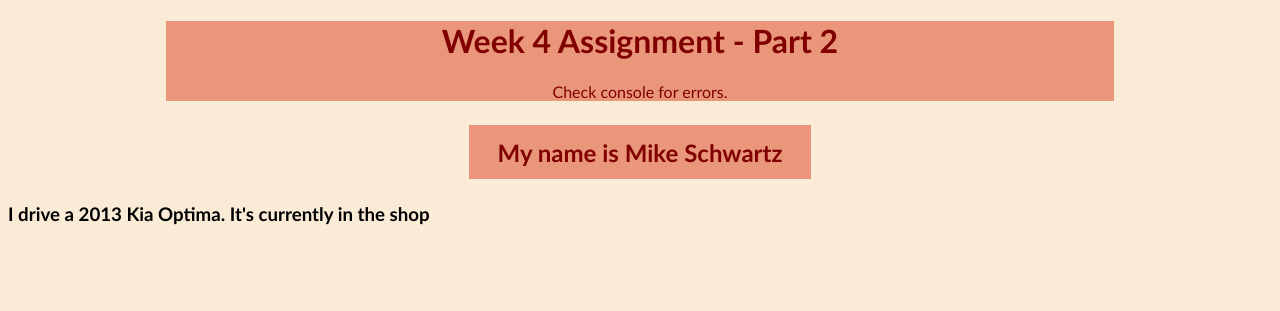
Repository: Ellusionism/prime-pw-week-4-assignment-part-2
Page: assignment/index.html
The author's editor kept a copy of each file at every save. The page is drawn from the files as they stood at one save, then again after a run of saves.
The browser window is 1280 px wide. The pictures show the whole page.

Above is the page before, as saved 2022-11-16 18:03:52.

After the next 2 saves:
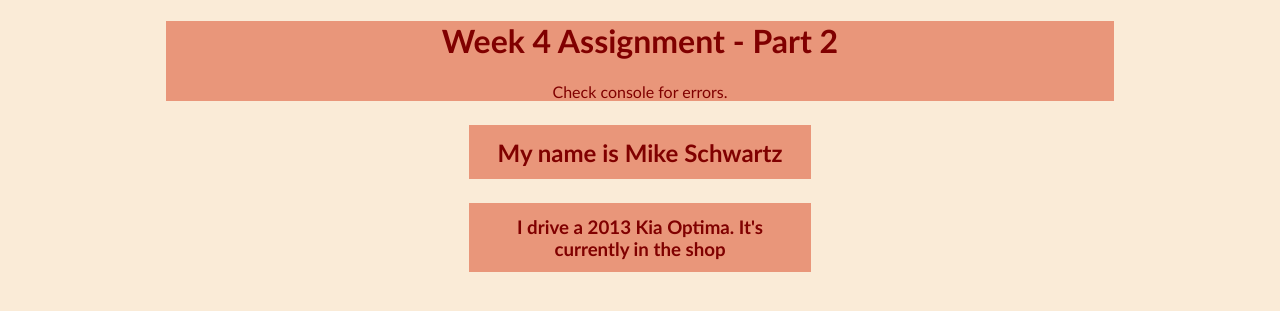
The 2 saves are shown as one change because they came seconds apart.
The last was saved 11 s later.
--- a/assignment/stylesheet.css
+++ b/assignment/stylesheet.css
@@ -32,7 +32,7 @@ body {
  color: maroon;
 }
 
-.nameInfo {
+.carInfo {
  background-color:darksalmon;
  width: 25%;
  text-align: center;
